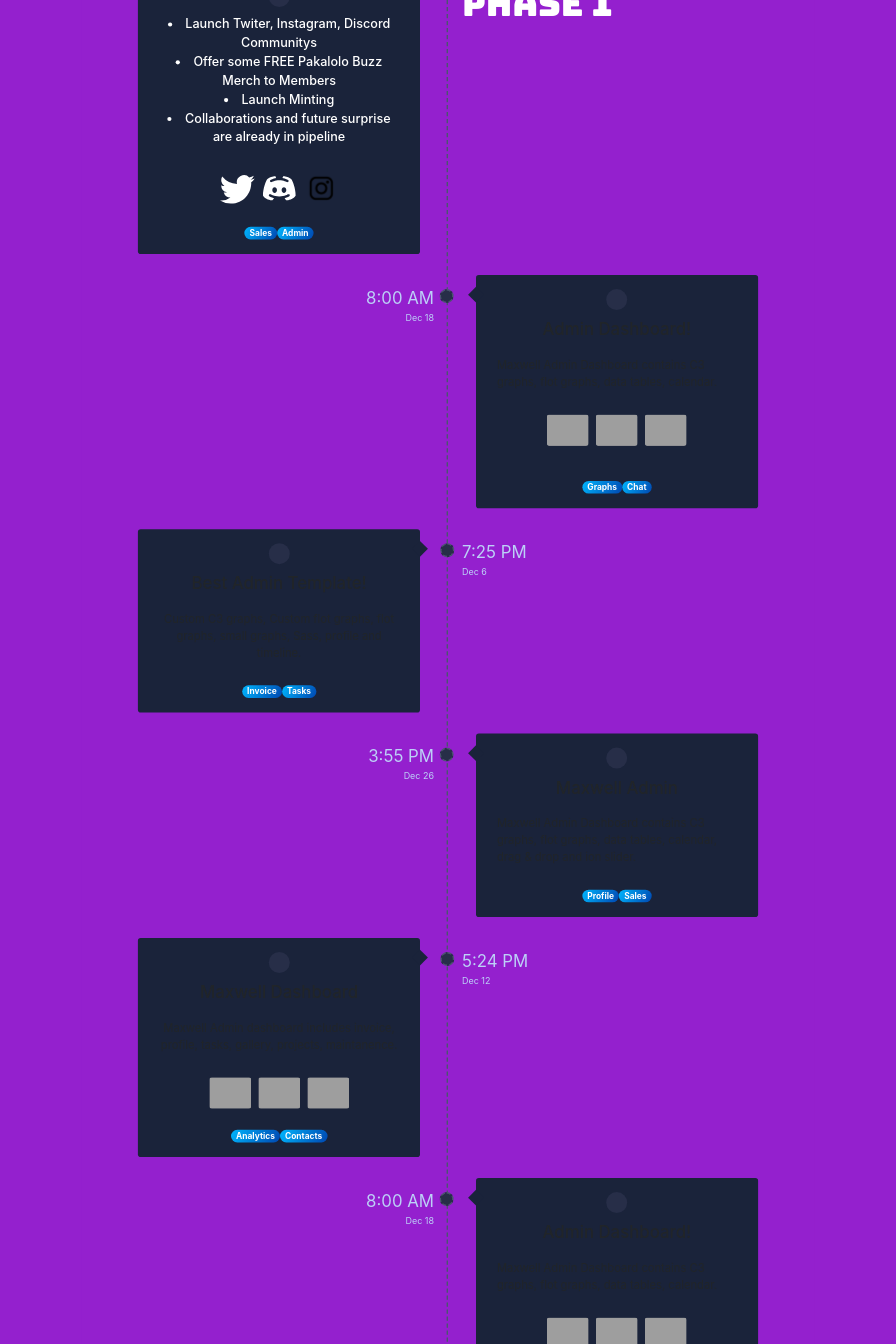
Repository: danishmahmoodawan/Pakalolo_buzz
Page: /
The author's editor kept a copy of each file at every save. The page is drawn from the files as they stood at one save, then again after the next save.
The browser window is 1280 px wide. The pictures show the part of the page from y = 3040 to 4960 px (the page is 6766 px tall before and 6776 px after), at 70% of full size.
Pictures or frames that could not be fetched are drawn as grey boxes. The project was rebuilt for these pictures with package versions that can differ from the ones it lists, and the page was loaded fresh each time. Also part of the build but not shown: craco.config.js.

Above is the page before, as saved 2022-04-29 02:21:23.

After the next save:
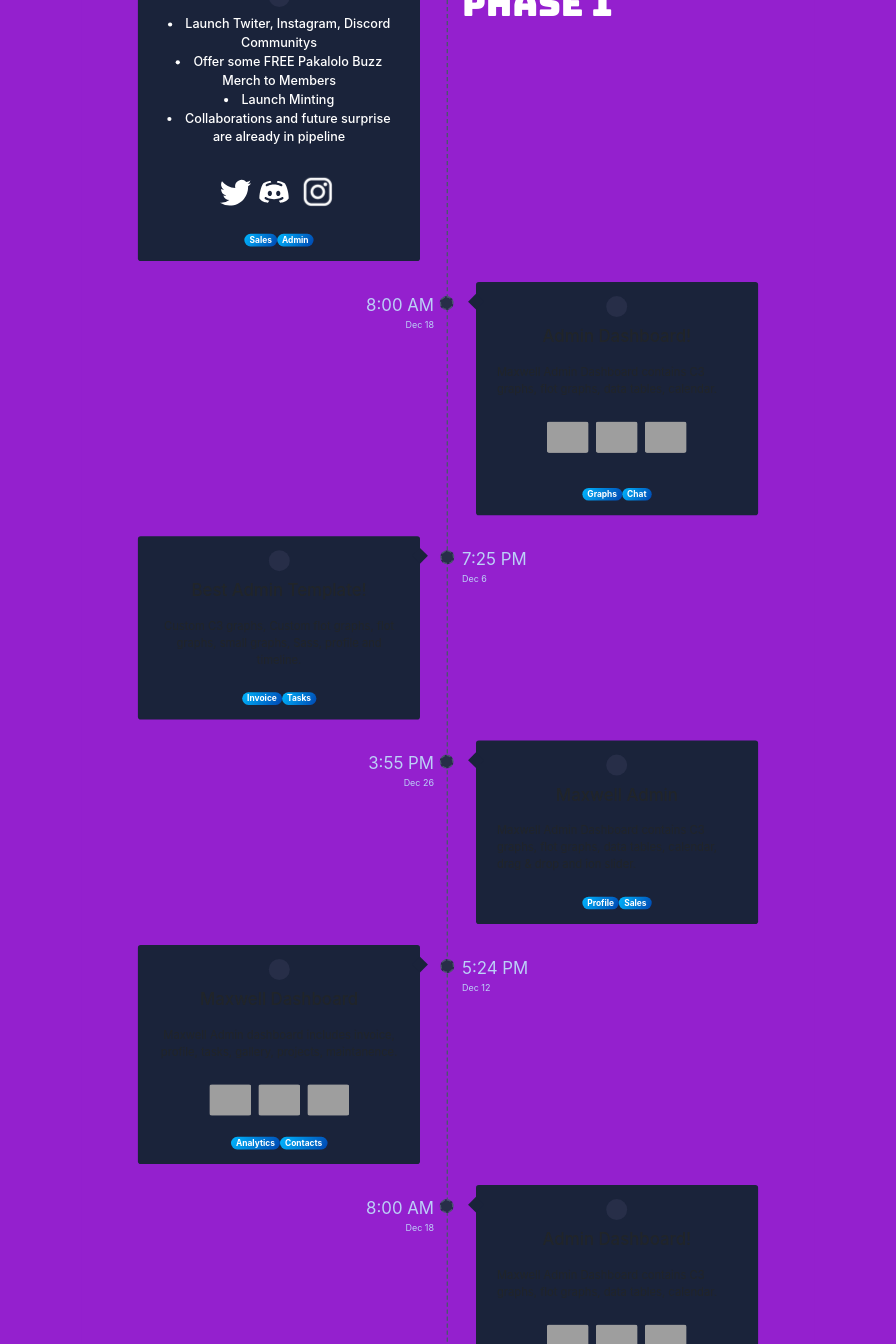
Saved 91 s later.
--- a/src/pages/Home.js
+++ b/src/pages/Home.js
@@ -191,7 +191,7 @@
 				<div class="thumbs">
                 <img className="seicn cbw img-fluid" src="assets/images/twitter.svg"/>
                 <img className="seicn cbw" src="assets/images/discord.svg"/>
-                <img className="seicn cbw" src="assets/images/icon/ICON_INSTA.svg"/>
+                <img className="seicn " src="assets/images/icon/ICON_INSTA.svg"/>
 				</div>
 				<div class="">
 					<span class="badge badge-pill">Sales</span>
